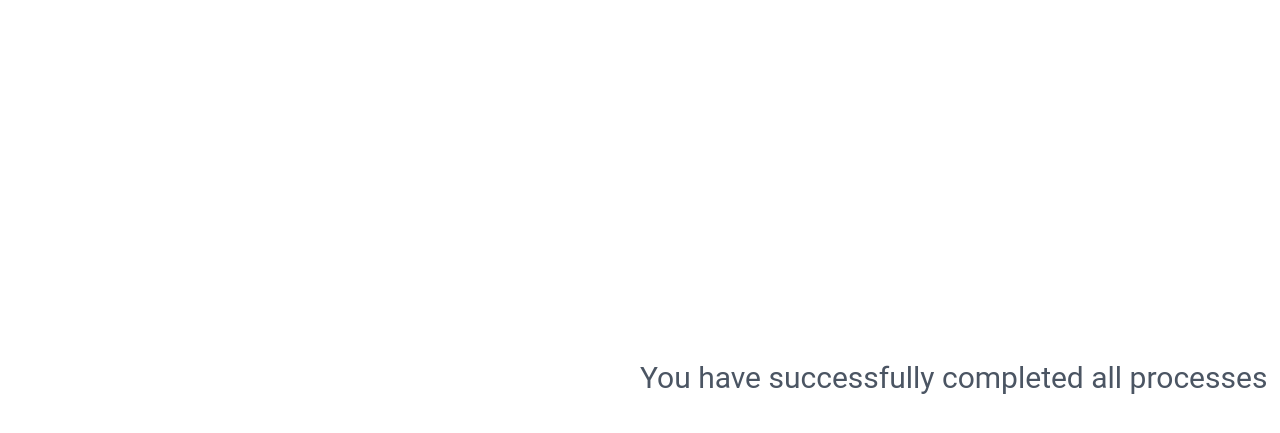
Repository: uh-sman/LottieApp
Page: /Success
These files come from the project's save history. The page is drawn as it stood at one moment and after the next save; the edit follows.
The browser window is 1280 px wide. The pictures show the whole page.
The project was rebuilt for these pictures with package versions that can differ from the ones it lists, and the page was loaded fresh each time. Also part of the build but not shown: src/App.css, src/components/Card.js, src/components/Piggybank.js, src/components/Hero.js, src/components/Maincontainer.js.

Above is the page before, as saved 2022-09-11 18:49:11.

### src/App.js
import logo from "./logo.svg";
import "./App.css";
import { Routes, Route } from "react-router-dom";
import { Maincontainer } from "./components/Maincontainer";
import { Hero } from "./components/Hero";
import { Piggybank } from "./components/Piggybank";
import { Card } from "./components/Card";
import { Success } from "./components/Success";
function App() {
  return (
    <div className="App">
      <Routes>
        <Route path="/" element={<Hero />} />
        <Route path="Piggy" element={<Piggybank />} />
        <Route path="Card" element={<Card />} />
        <Route path="Success" element={<Success />} />
      </Routes>
    </div>
  );
}

export default App;

### src/components/Success.js
import React from "react";

export const Success = () => {
  return (
    <div>
      <div>
        <h1 className="text-gray-600 text-3xl text-center absolute top-[50%] left-[50%]">
          You have successfully completed all processes
        </h1>
      </div>
    </div>
  );
};

### src/components/hero.style.css
* {
  margin: 0;
  padding: 0;
  box-sizing: border-box;
  font-family: Roboto;
  list-style: none;
  text-decoration: none;
  cursor: pointer;
}
/* .button {
  justify-content: center;
  margin: auto;
  align-items: center;
  display: flex;
  border-radius: 8px;
  color: rgba(128, 128, 128, 0.972);
  padding: 20px 34px;
  background-color: #44f0cc90;
} */
.lottie-container {
  position: relative;
  top: 50%;
  /* left: 50%; */
}
.channel {
  text-align: center;
  /* padding: 1rem; */
  font-size: 2.5rem;
}
.left {
  position: relative;
  left: -45px;
}
.text {
  position: relative;
  /* left: 160px; */
  font-size: medium;
  font-weight: 800px;
  text-align: center;
  color: gray;
  /* width: 30%; */
}
.carrousel {
  left: 20px;
}
.custom {
  position: absolute;
  right: 660px;
  top: 40rem;
  font-size: 20px;
}
.fade-in {
  animation: fadeIn 2s;
  opacity: 1;
}

@keyframes fadeIn {
  from {
    right: 200px;
    opacity: 0;
  }
  to {
    opacity: 1;
  }
}
.empty {
  position: absolute;
  left: 40%;
  top: 84%;
  background-color: lightgray;
  border-radius: 100%;
  height: 8px;
  width: 8px;
}
.full {
  position: absolute;
  left: 39%;
  top: 84%;
  background-color: lightgray;
  border-radius: 100%;
  height: 8px;
  width: 8px;
}
.round {
  position: absolute;
  left: 38%;
  top: 84%;
  background-color: black;
  border-radius: 100%;
  height: 8px;
  width: 8px;
}
.piggyempty {
  position: absolute;
  left: 40%;
  top: 84%;
  background-color: lightgray;
  border-radius: 100%;
  height: 8px;
  width: 8px;
}
.piggyfull {
  position: absolute;
  left: 39%;
  top: 84%;
  background-color: black;
  border-radius: 100%;
  height: 8px;
  width: 8px;
}
.piggyround {
  position: absolute;
  left: 38%;
  top: 84%;
  background-color: lightgray;
  border-radius: 100%;
  height: 8px;
  width: 8px;
}
.cardempty {
  position: absolute;
  left: 40%;
  top: 84%;
  background-color: black;
  border-radius: 100%;
  height: 8px;
  width: 8px;
}
.cardfull {
  position: absolute;
  left: 39%;
  top: 84%;
  background-color: lightgray;
  border-radius: 100%;
  height: 8px;
  width: 8px;
}
.cardround {
  position: absolute;
  left: 38%;
  top: 84%;
  background-color: lightgray;
  border-radius: 100%;
  height: 8px;
  width: 8px;
}
/* .dot_container {
  background: white;
  height: 100px;
  width: 300px;
} */

Loaded but not shown: public/index.html (common file); src/index.js (common file); src/index.css (common file); src/reportWebVitals.js (common file); tailwind.config.js (common file)

After the next save:
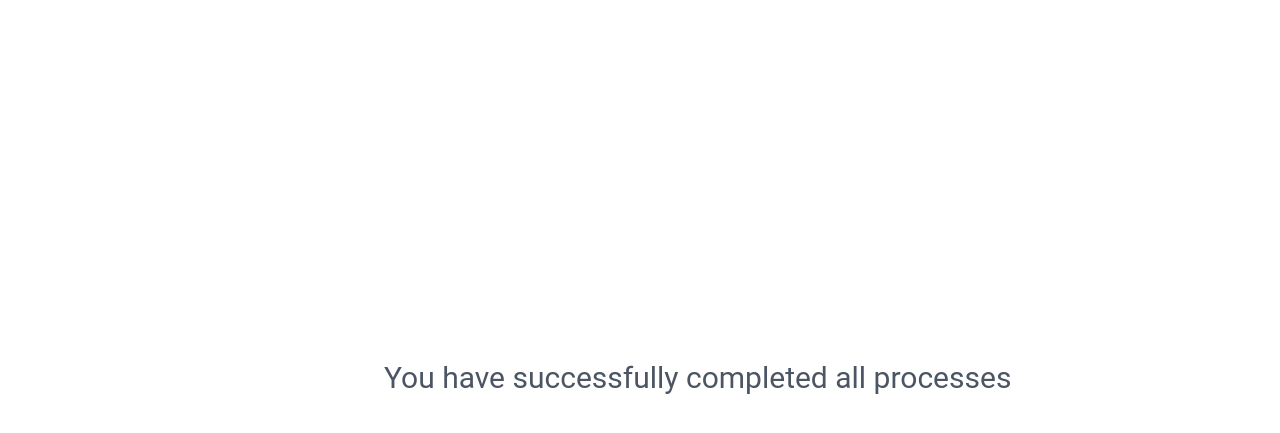
Saved 9 s later.
--- a/src/components/Success.js
+++ b/src/components/Success.js
@@ -4,7 +4,7 @@ export const Success = () => {
   return (
     <div>
       <div>
-        <h1 className="text-gray-600 text-3xl text-center absolute top-[50%] left-[50%]">
+        <h1 className="text-gray-600 text-3xl text-center absolute top-[50%] left-[30%]">
           You have successfully completed all processes
         </h1>
       </div>
